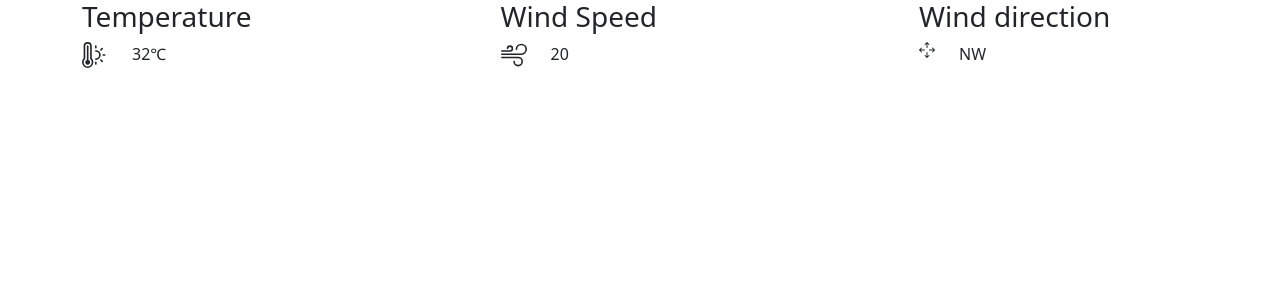
Repository: Saiyamjain-100/weather-app
Page: src/component/new.html
An editor plug-in stored every save of this project. The page is shown before and after a run of saves, followed by the edit.
The browser window is 1280 px wide. The pictures show the whole page.

Above is the page before, as saved 2022-05-18 14:31:42.

### src/component/new.html
<!DOCTYPE html>
<html lang="en">
<head>
    <meta charset="UTF-8">
    <meta http-equiv="X-UA-Compatible" content="IE=edge">
    <meta name="viewport" content="width=device-width, initial-scale=1.0">

    <link href="https://cdn.jsdelivr.net/npm/bootstrap@5.2.0-beta1/dist/css/bootstrap.min.css" rel="stylesheet" integrity="sha384-0evHe/X+R7YkIZDRvuzKMRqM+OrBnVFBL6DOitfPri4tjfHxaWutUpFmBp4vmVor" crossorigin="anonymous">
    <title>Document</title>
</head>
<body>
    <script src="https://cdn.jsdelivr.net/npm/bootstrap@5.2.0-beta1/dist/js/bootstrap.bundle.min.js" integrity="sha384-pprn3073KE6tl6bjs2QrFaJGz5/SUsLqktiwsUTF55Jfv3qYSDhgCecCxMW52nD2" crossorigin="anonymous"></script>

    <div class="container">
        <div class="d-flex justify-content-between">
            <div class="col-md-3">
                <h3>Temperature</h3>
                <div class="d-flex justify-content-start">
                    <svg xmlns="http://www.w3.org/2000/svg" width="26" height="26" fill="currentColor" class="bi bi-thermometer-sun" viewBox="0 0 16 16">
                        <path d="M5 12.5a1.5 1.5 0 1 1-2-1.415V2.5a.5.5 0 0 1 1 0v8.585A1.5 1.5 0 0 1 5 12.5z"/>
                        <path d="M1 2.5a2.5 2.5 0 0 1 5 0v7.55a3.5 3.5 0 1 1-5 0V2.5zM3.5 1A1.5 1.5 0 0 0 2 2.5v7.987l-.167.15a2.5 2.5 0 1 0 3.333 0L5 10.486V2.5A1.5 1.5 0 0 0 3.5 1zm5 1a.5.5 0 0 1 .5.5v1a.5.5 0 0 1-1 0v-1a.5.5 0 0 1 .5-.5zm4.243 1.757a.5.5 0 0 1 0 .707l-.707.708a.5.5 0 1 1-.708-.708l.708-.707a.5.5 0 0 1 .707 0zM8 5.5a.5.5 0 0 1 .5-.5 3 3 0 1 1 0 6 .5.5 0 0 1 0-1 2 2 0 0 0 0-4 .5.5 0 0 1-.5-.5zM12.5 8a.5.5 0 0 1 .5-.5h1a.5.5 0 1 1 0 1h-1a.5.5 0 0 1-.5-.5zm-1.172 2.828a.5.5 0 0 1 .708 0l.707.708a.5.5 0 0 1-.707.707l-.708-.707a.5.5 0 0 1 0-.708zM8.5 12a.5.5 0 0 1 .5.5v1a.5.5 0 0 1-1 0v-1a.5.5 0 0 1 .5-.5z"/>
                      </svg>
                    <p class="mx-4"style="text-size-adjust: 20px;">32<span>&#8451;</span></p>
                </div>
            </div>
            <div class="col-md-3">
                <h3>Wind Speed</h3>
                <div class="d-flex justify-content-start">
                    <svg xmlns="http://www.w3.org/2000/svg" width="26" height="26" fill="currentColor" class="bi bi-wind" viewBox="0 0 16 16">
                        <path d="M12.5 2A2.5 2.5 0 0 0 10 4.5a.5.5 0 0 1-1 0A3.5 3.5 0 1 1 12.5 8H.5a.5.5 0 0 1 0-1h12a2.5 2.5 0 0 0 0-5zm-7 1a1 1 0 0 0-1 1 .5.5 0 0 1-1 0 2 2 0 1 1 2 2h-5a.5.5 0 0 1 0-1h5a1 1 0 0 0 0-2zM0 9.5A.5.5 0 0 1 .5 9h10.042a3 3 0 1 1-3 3 .5.5 0 0 1 1 0 2 2 0 1 0 2-2H.5a.5.5 0 0 1-.5-.5z"/>
                      </svg>
                    <p class="mx-4"style="text-size-adjust: 20px;">20</p>
                </div>
            </div>
            <div class="col-md-3">
                <h3>Wind direction</h3>
                <div class="d-flex justify-content-start">
                    <svg xmlns="http://www.w3.org/2000/svg" width="16" height="16" fill="currentColor" class="bi bi-arrows-move" viewBox="0 0 16 16">
                        <path fill-rule="evenodd" d="M7.646.146a.5.5 0 0 1 .708 0l2 2a.5.5 0 0 1-.708.708L8.5 1.707V5.5a.5.5 0 0 1-1 0V1.707L6.354 2.854a.5.5 0 1 1-.708-.708l2-2zM8 10a.5.5 0 0 1 .5.5v3.793l1.146-1.147a.5.5 0 0 1 .708.708l-2 2a.5.5 0 0 1-.708 0l-2-2a.5.5 0 0 1 .708-.708L7.5 14.293V10.5A.5.5 0 0 1 8 10zM.146 8.354a.5.5 0 0 1 0-.708l2-2a.5.5 0 1 1 .708.708L1.707 7.5H5.5a.5.5 0 0 1 0 1H1.707l1.147 1.146a.5.5 0 0 1-.708.708l-2-2zM10 8a.5.5 0 0 1 .5-.5h3.793l-1.147-1.146a.5.5 0 0 1 .708-.708l2 2a.5.5 0 0 1 0 .708l-2 2a.5.5 0 0 1-.708-.708L14.293 8.5H10.5A.5.5 0 0 1 10 8z"/>
                      </svg>
                    <p class="mx-4"style="text-size-adjust: 20px;">NW</p>
                </div>
            </div>
        </div>
    </div>
</body>
</html>

After the next 2 saves:
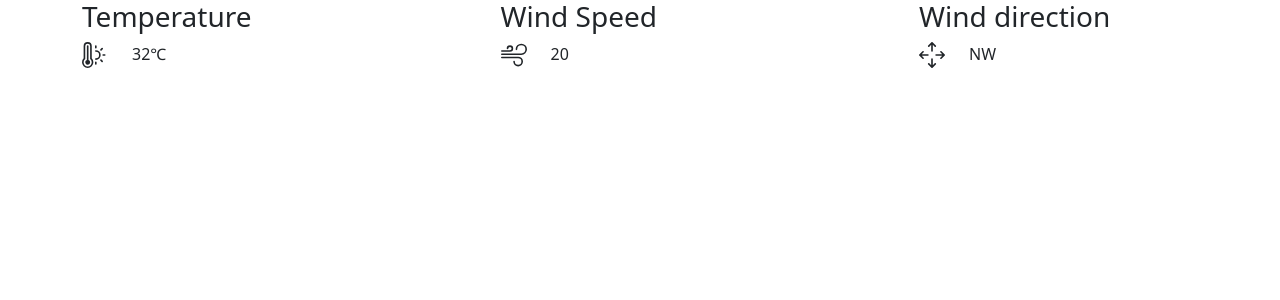
The 2 saves are shown as one change because they came seconds apart.
The last was saved 19 s later.
--- a/src/component/new.html
+++ b/src/component/new.html
@@ -35,7 +35,7 @@
             <div class="col-md-3">
                 <h3>Wind direction</h3>
                 <div class="d-flex justify-content-start">
-                    <svg xmlns="http://www.w3.org/2000/svg" width="16" height="16" fill="currentColor" class="bi bi-arrows-move" viewBox="0 0 16 16">
+                    <svg xmlns="http://www.w3.org/2000/svg" width="26" height="26" fill="currentColor" class="bi bi-arrows-move" viewBox="0 0 16 16">
                         <path fill-rule="evenodd" d="M7.646.146a.5.5 0 0 1 .708 0l2 2a.5.5 0 0 1-.708.708L8.5 1.707V5.5a.5.5 0 0 1-1 0V1.707L6.354 2.854a.5.5 0 1 1-.708-.708l2-2zM8 10a.5.5 0 0 1 .5.5v3.793l1.146-1.147a.5.5 0 0 1 .708.708l-2 2a.5.5 0 0 1-.708 0l-2-2a.5.5 0 0 1 .708-.708L7.5 14.293V10.5A.5.5 0 0 1 8 10zM.146 8.354a.5.5 0 0 1 0-.708l2-2a.5.5 0 1 1 .708.708L1.707 7.5H5.5a.5.5 0 0 1 0 1H1.707l1.147 1.146a.5.5 0 0 1-.708.708l-2-2zM10 8a.5.5 0 0 1 .5-.5h3.793l-1.147-1.146a.5.5 0 0 1 .708-.708l2 2a.5.5 0 0 1 0 .708l-2 2a.5.5 0 0 1-.708-.708L14.293 8.5H10.5A.5.5 0 0 1 10 8z"/>
                       </svg>
                     <p class="mx-4"style="text-size-adjust: 20px;">NW</p>
